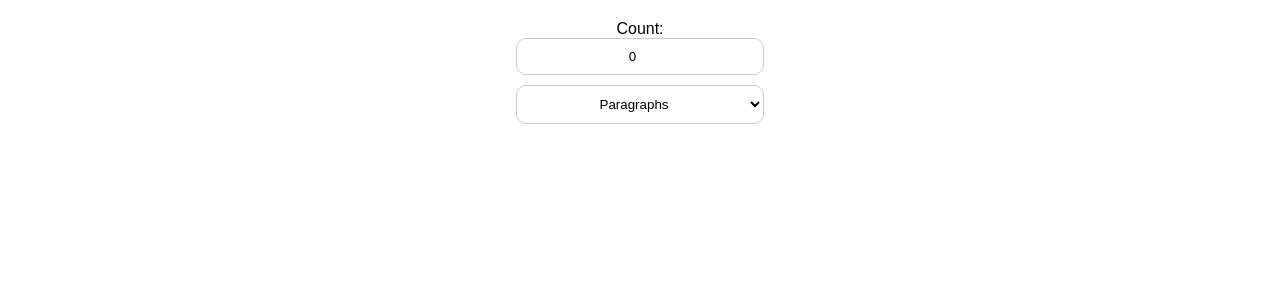
Repository: sriram1224/lorem-generator
Page: /
The author's editor kept a copy of each file at every save. The page is drawn from the files as they stood at one save, then again after the next save.
The browser window is 1280 px wide. The pictures show the whole page.
The project was rebuilt for these pictures with package versions that can differ from the ones it lists, and the page was loaded fresh each time.

Above is the page before, as saved 2024-03-11 21:40:54.

### src/App.js
import LoremIpsumGenerator from './Components/lorem';
import './App.css';

function App() {
  return (
    <div className="App">
      <LoremIpsumGenerator />
    </div>
  );
}

export default App;

### src/Components/lorem.js
import React, { useState } from 'react';
import { loremIpsum } from 'lorem-ipsum';
import './lorem.css';

const LoremGenerator = () => {
  const [count, setCount] = useState(0);
  const [type, setType] = useState('paragraphs');

  const handleCountChange = (e) => {
    const newCount = parseInt(e.target.value, 10);
    setCount(newCount);
  };

  const handleTypeChange = (e) => {
    setType(e.target.value);
  };

  const copyToClipboard = (text) => {
    navigator.clipboard.writeText(text);
    alert('Copied to clipboard!');
  };

  const generateLorem = () => {
    let result = [];
    if (type === 'paragraphs') {
      for (let i = 0; i < count; i++) {
        const text = loremIpsum({ units: 'paragraphs' });
        result.push(
          <div className="list" key={i}>
            <p>{i + 1}) {text}</p>
            <button onClick={() => copyToClipboard(text)}>Copy</button>
          </div>
        );
      }
    } else {
      for (let i = 0; i < count; i++) {
        const text = loremIpsum({ units: 'sentences' });
        result.push(
          <div className="list" key={i}>
            <span>{i + 1}) {text}</span>
            <button onClick={() => copyToClipboard(text)}>Copy</button>
          </div>
        );
      }
    }
    return result;
  };

  return (
    <div>
      <label>
        Count:
        <div>
          <input type="number" value={count} onChange={handleCountChange} />
        </div>
      </label>
      <select value={type} onChange={handleTypeChange}>
        <option value="paragraphs">Paragraphs</option>
        <option value="sentences">Sentences</option>
      </select>
      <div className="list-container">{generateLorem()}</div>
    </div>
  );
};

export default LoremGenerator;

### src/Components/lorem.css
/* Reset some default browser styles */
* {
    box-sizing: border-box;
    margin: 0;
    padding: 0;
}

/* Apply some basic styling to the body */
body {
    font-family: Arial, sans-serif;
    background-color: #ffffff;
    padding: 20px;
}

/* Container styling */
.container {
    max-width: 1100px;
    margin: 0 auto;
}

/* Input and select styling */
input[type="number"],
select {
    text-align: center;
   width: 20%;
    margin-bottom: 10px;
    padding: 10px;
    border: 1px solid #ccc;
    border-radius: 10px;
    background-color: #fff;
}

/* Button styling */
button {
    background-color: #007bff;
    color: #fff;
    border: none;
    border-radius: 4px;
    padding: 10px 20px;
    cursor: pointer;
}

button:hover {
    background-color: #0056b3;
}

/* Generated text styling */
.generated-text {
    margin-top: 20px;
}

/* Responsive styles */
@media screen and (max-width: 600px) {
    .container {
        padding: 10px;
    }
}
.list{
    display: flex;
    padding: 10px;
    width: 60%;
    height: 5rem;
    background-color:rgb(26, 26, 88);
    color:white;
    border-radius: 10px;
    margin-left: 15rem;

}
.list-container{
    display: flex;
    flex-direction: column;
    gap: 2rem;
}

Loaded but not shown: public/index.html (common file); src/index.js (common file); src/index.css (common file); src/reportWebVitals.js (common file); src/App.css (common file)

After the next save:
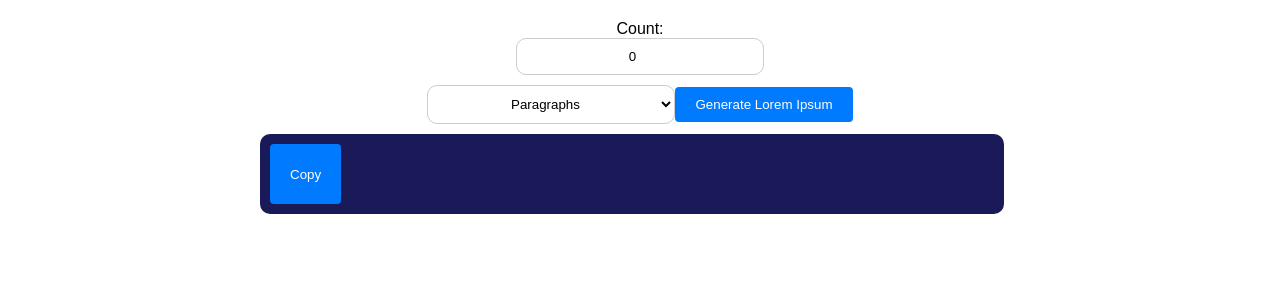
Saved 4 min 27 s later.
--- a/src/Components/lorem.js
+++ b/src/Components/lorem.js
@@ -5,6 +5,7 @@ import './lorem.css';
 const LoremGenerator = () => {
   const [count, setCount] = useState(0);
   const [type, setType] = useState('paragraphs');
+  const [generatedText, setGeneratedText] = useState('');
 
   const handleCountChange = (e) => {
     const newCount = parseInt(e.target.value, 10);
@@ -20,30 +21,25 @@ const LoremGenerator = () => {
     alert('Copied to clipboard!');
   };
 
+  const copyAllToClipboard = () => {
+    navigator.clipboard.writeText(generatedText);
+    alert('All text copied to clipboard!');
+  };
+
   const generateLorem = () => {
-    let result = [];
+    let result = '';
     if (type === 'paragraphs') {
       for (let i = 0; i < count; i++) {
         const text = loremIpsum({ units: 'paragraphs' });
-        result.push(
-          <div className="list" key={i}>
-            <p>{i + 1}) {text}</p>
-            <button onClick={() => copyToClipboard(text)}>Copy</button>
-          </div>
-        );
+        result += `${i + 1}) ${text}\n`;
       }
     } else {
       for (let i = 0; i < count; i++) {
         const text = loremIpsum({ units: 'sentences' });
-        result.push(
-          <div className="list" key={i}>
-            <span>{i + 1}) {text}</span>
-            <button onClick={() => copyToClipboard(text)}>Copy</button>
-          </div>
-        );
+        result += `${i + 1}) ${text}\n`;
       }
     }
-    return result;
+    setGeneratedText(result);
   };
 
   return (
@@ -58,7 +54,20 @@ const LoremGenerator = () => {
         <option value="paragraphs">Paragraphs</option>
         <option value="sentences">Sentences</option>
       </select>
-      <div className="list-container">{generateLorem()}</div>
+      <button onClick={generateLorem}>Generate Lorem Ipsum</button>
+      <div className="list-container">
+        {generatedText.split('\n').map((text, index) => (
+          <div className="list" key={index}>
+            <span>{text}</span>
+            <button onClick={() => copyToClipboard(text)}>Copy</button>
+          </div>
+        ))}
+      </div>
+      {generatedText && (
+        <div>
+          <button onClick={copyAllToClipboard}>Copy All</button>
+        </div>
+      )}
     </div>
   );
 };
